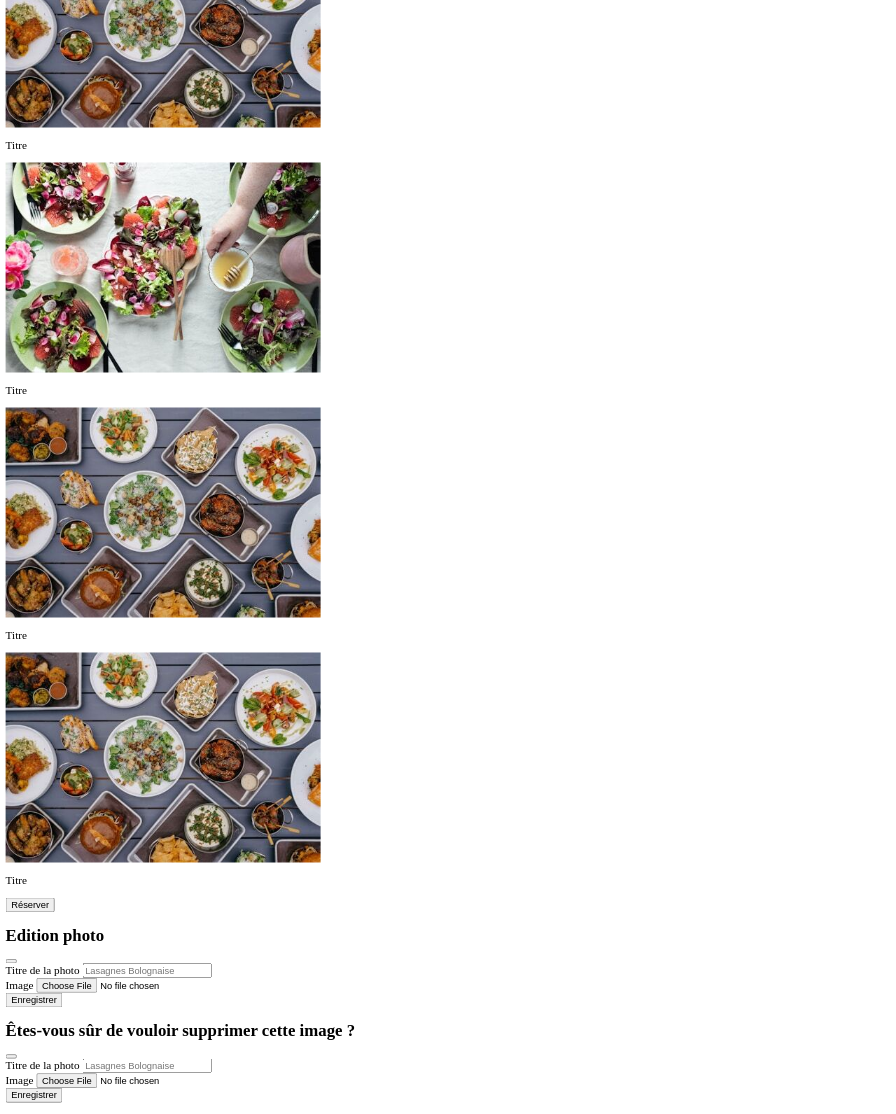
Repository: lemonhao9/QuaiAntiqueRestaurantFront
Page: pages/galerie.html
These files come from the project's save history. The page is drawn as it stood at one moment and after the next save; the edit follows.
The browser window is 1280 px wide. The pictures show the part of the page from y = 923 to 2843 px (the page is 2514 px tall before and 2843 px after), at 70% of full size.

Above is the page before, as saved 2025-01-24 14:59:40.

### pages/galerie.html
<div class="hero-scene text-center text-white">
    <div class="hero-scene-content">
            <h1>Galerie</h1>
    </div>
</div>

<div class="container">
    <div class="text-center">
        <button type="button" class="btn btn-primary" data-bs-toggle="modal" data-bs-target="#EditionPhotoModal">Ajouter une photo</button>
    </div>
    <div class="row row-cols-2 row-cols-lg-3">
        <div class="col p-3">
            <div class="image-card text-white">
                <img src="../images/platGalerie5.jpg" alt="platGalerie1" class="rounded w-100">
                <p class="titre-image">Titre</p>
                <div class="action-image-buttons">
                    <button type="button" class="btn btn-outline-light" data-bs-toggle="modal" data-bs-target="#EditionPhotoModal"><i class="bi bi-pencil-square"></i></button>
                    <button type="button" class="btn btn-outline-light"><i class="bi bi-trash"></i></button>
                </div>
            </div>
        </div>
        <div class="col p-3">
            <div class="image-card text-white">
                <img src="../images/platGalerie5.jpg" alt="platGalerie1" class="rounded w-100">
                <p class="titre-image">Titre</p>
            </div>
        </div>
        <div class="col p-3">
            <div class="image-card text-white">
                <img src="../images/platGalerie3.jpg" alt="platGalerie1" class="rounded w-100">
                <p class="titre-image">Titre</p>
            </div>
        </div>
        <div class="col p-3">
            <div class="image-card text-white">
                <img src="../images/platGalerie5.jpg" alt="platGalerie1" class="rounded w-100">
                <p class="titre-image">Titre</p>
            </div>
        </div>
        <div class="col p-3">
            <div class="image-card text-white">
                <img src="../images/platGalerie3.jpg" alt="platGalerie1" class="rounded w-100">
                <p class="titre-image">Titre</p>
            </div>
        </div>
        <div class="col p-3">
            <div class="image-card text-white">
                <img src="../images/platGalerie3.jpg" alt="platGalerie1" class="rounded w-100">
                <p class="titre-image">Titre</p>
            </div>
        </div>
    </div>
    <div class="text-center">
        <button class="btn btn-primary">Réserver</button>
    </div>
</div>

<!-- Modal édition -->
<div class="modal fade" id="EditionPhotoModal" tabindex="-1" aria-labelledby="EditionPhotoModalLabel" aria-hidden="true">
    <div class="modal-dialog">
      <div class="modal-content">
        <div class="modal-header">
          <h2 class="modal-title fs-5" id="EditionPhotoModal">Edition photo</h2>
          <button type="button" class="btn-close" data-bs-dismiss="modal" aria-label="Close"></button>
        </div>
        <div class="modal-body">
            <form>
                <div class="mb-3">
                  <label for="NamePhotoInput" class="form-label">Titre de la photo</label>
                  <input type="text" class="form-control" id="NamePhotoInput" placeholder="Lasagnes Bolognaise" name="titre-image">
                </div>
                <div class="mb-3">
                  <label for="ImageInput" class="form-label">Image</label>
                  <input type="file" class="form-control" id="ImageInput" name="Image">
                </div>
                <div class="text-center">
                    <button type="submit" class="btn btn-primary">Enregistrer</button>
                </div>
            </form>
        </div>
      </div>
    </div>
  </div>

  <!-- Modal suppression -->
<div class="modal fade" id="DeletePhotoModal" tabindex="-1" aria-labelledby="DeletePhotoModalLabel" aria-hidden="true">
    <div class="modal-dialog">
      <div class="modal-content">
        <div class="modal-header">
          <h2 class="modal-title fs-5" id="DeletePhotoModal">Êtes-vous sûr de vouloir supprimer cette image ?</h2>
          <button type="button" class="btn-close" data-bs-dismiss="modal" aria-label="Close"></button>
        </div>
        <div class="modal-body">
            <form>
                <div class="mb-3">
                  <label for="NamePhotoInput" class="form-label">Titre de la photo</label>
                  <input type="text" class="form-control" id="NamePhotoInput" placeholder="Lasagnes Bolognaise" name="titre-image">
                </div>
                <div class="mb-3">
                  <label for="ImageInput" class="form-label">Image</label>
                  <input type="file" class="form-control" id="ImageInput" name="Image">
                </div>
                <div class="text-center">
                    <button type="submit" class="btn btn-primary">Enregistrer</button>
                </div>
            </form>
        </div>
      </div>
    </div>
  </div>

After the next save:
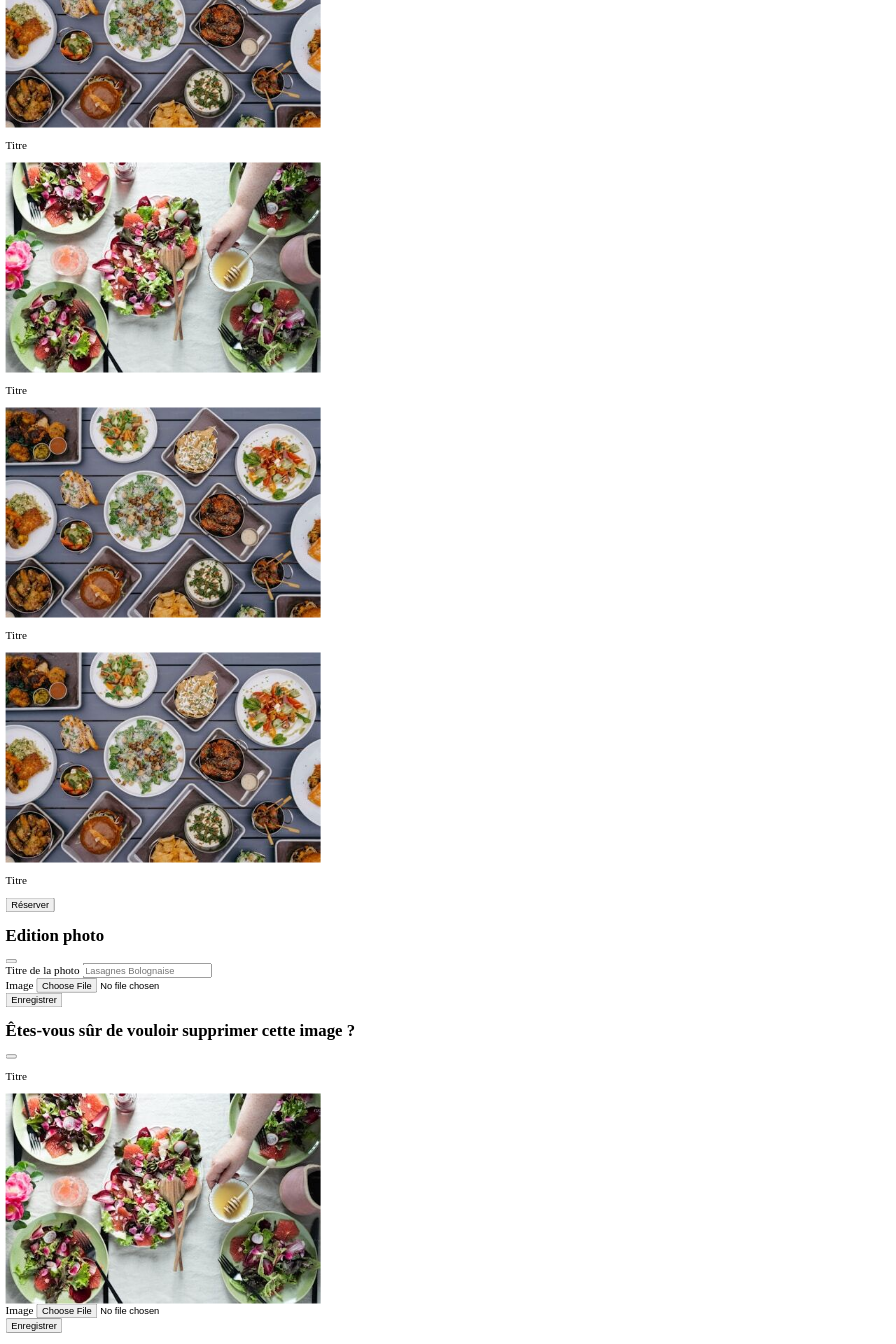
Saved 79 s later.
--- a/pages/galerie.html
+++ b/pages/galerie.html
@@ -93,8 +93,8 @@
         <div class="modal-body">
             <form>
                 <div class="mb-3">
-                  <label for="NamePhotoInput" class="form-label">Titre de la photo</label>
-                  <input type="text" class="form-control" id="NamePhotoInput" placeholder="Lasagnes Bolognaise" name="titre-image">
+                  <p>Titre</p>
+                  <img src="../images/platGalerie5.jpg" alt="platGalerie1" class="rounded w-100">
                 </div>
                 <div class="mb-3">
                   <label for="ImageInput" class="form-label">Image</label>
